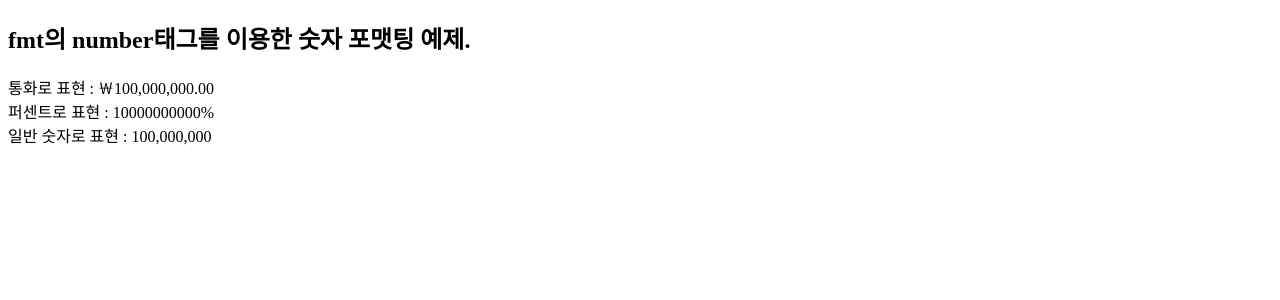
Repository: leehojun95/HJ-Developer
Page: http://localhost/webShop/sec14/test04/fomatTest.jsp
These files come from the project's save history. The page is drawn as it stood at one moment and after the next save; the edit follows.
The browser window is 1280 px wide. The pictures show the whole page.
The page is served by Tomcat 9. Other server files are loaded and not shown.

Above is the page before, as saved 2024-04-25 07:31:14.

### webShop/src/main/webapp/sec14/test04/fomatTest.jsp
<%@ page language="java" contentType="text/html; charset=UTF-8"
    pageEncoding="UTF-8"%>
    <%@taglib prefix="c" uri="http://java.sun.com/jsp/jstl/core" %>
    <%@taglib prefix="fmt" uri="http://java.sun.com/jsp/jstl/fmt" %>

<!DOCTYPE html>
<html>
<head>
<meta charset="UTF-8">
<title>Insert title here</title>
</head>
<body>
<h2>fmt의 number태그를 이용한 숫자 포맷팅 예제.</h2>
<c:set var="price" value="100000000" />
<fmt:formatNumber value="${price }" type="number" var="priceNumber" />
통화로 표현 :
<fmt:formatNumber type="currency" currencySymbol="￦" value="${price }" groupingUsed="true" /><br>
퍼센트로 표현 :
<fmt:formatNumber value="${price }" type="percent" groupingUsed="false" /><br>
일반 숫자로 표현 :
<fmt:formatNumber value="${price }" type="number" var="priceNumber" />
${priceNumber }<br>
</body>
</html>

After the next save:
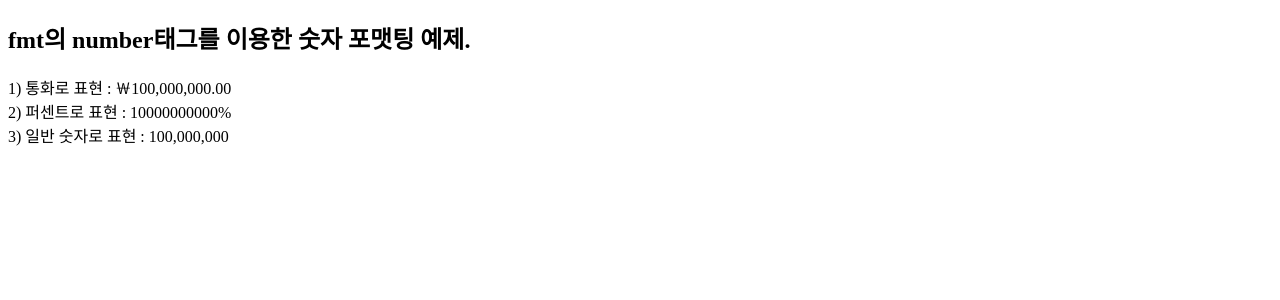
Saved 12 s later.
--- a/webShop/src/main/webapp/sec14/test04/fomatTest.jsp
+++ b/webShop/src/main/webapp/sec14/test04/fomatTest.jsp
@@ -13,11 +13,11 @@
 <h2>fmt의 number태그를 이용한 숫자 포맷팅 예제.</h2>
 <c:set var="price" value="100000000" />
 <fmt:formatNumber value="${price }" type="number" var="priceNumber" />
-통화로 표현 :
+1) 통화로 표현 :
 <fmt:formatNumber type="currency" currencySymbol="￦" value="${price }" groupingUsed="true" /><br>
-퍼센트로 표현 :
+2) 퍼센트로 표현 :
 <fmt:formatNumber value="${price }" type="percent" groupingUsed="false" /><br>
-일반 숫자로 표현 :
+3) 일반 숫자로 표현 :
 <fmt:formatNumber value="${price }" type="number" var="priceNumber" />
 ${priceNumber }<br>
 </body>
